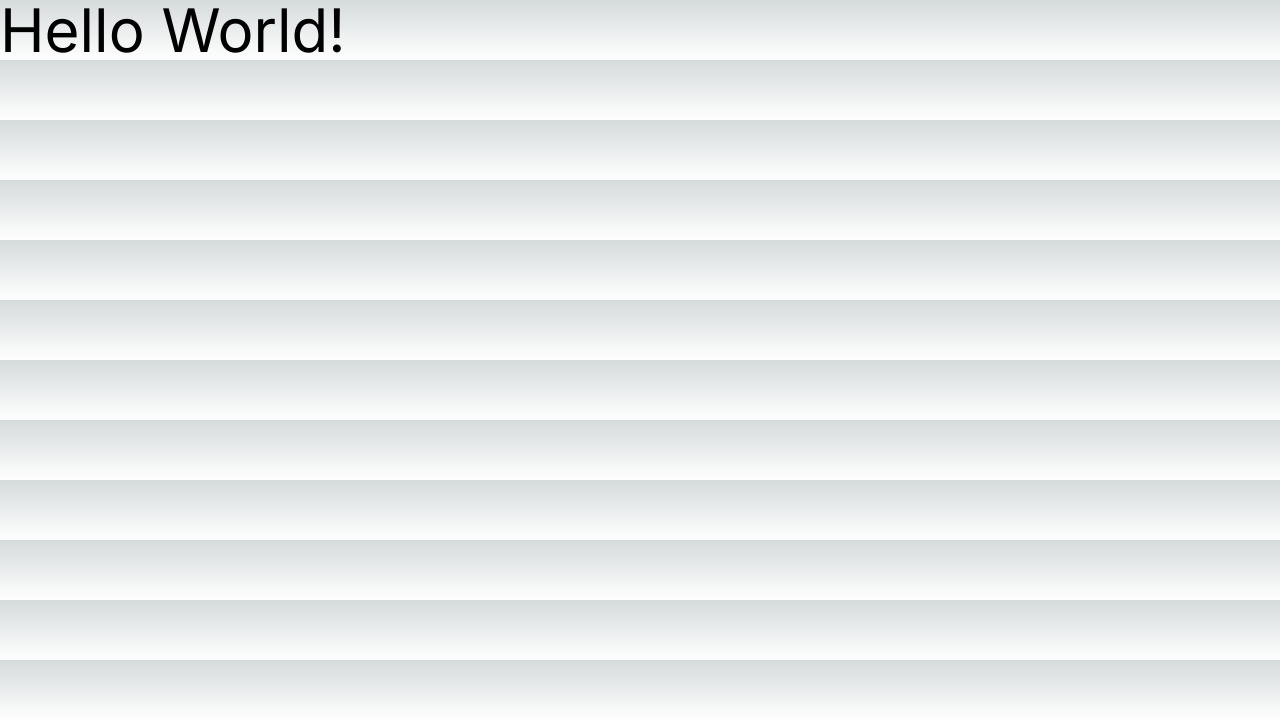
Repository: punitbathija/financemaster
Page: /
These files come from the project's save history. The page is drawn as it stood at one moment and after the next save; the edit follows.
The browser window is 1280 px wide. The pictures show the whole page.
The project was rebuilt for these pictures with package versions that can differ from the ones it lists, and the page was loaded fresh each time. The framework's server and built-in components were replaced by stand-ins that run in the browser. Also part of the build but not shown: next.config.js.

Above is the page before, as saved 2023-06-08 12:42:18.

After the next save:
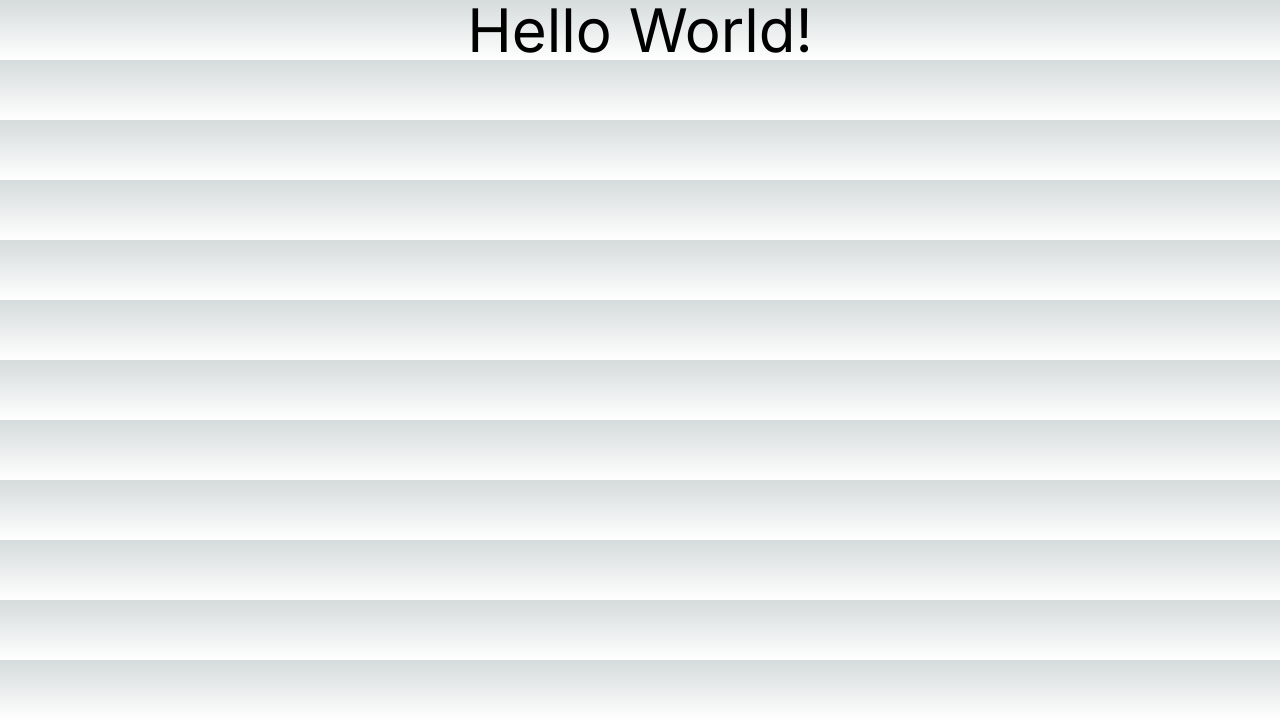
Saved 11 s later.
--- a/src/app/page.js
+++ b/src/app/page.js
@@ -1,7 +1,7 @@
 import React from "react";
 
 const page = () => {
-  return <div className="text-6xl">Hello World!</div>;
+  return <div className="text-6xl text-center">Hello World!</div>;
 };
 
 export default page;
